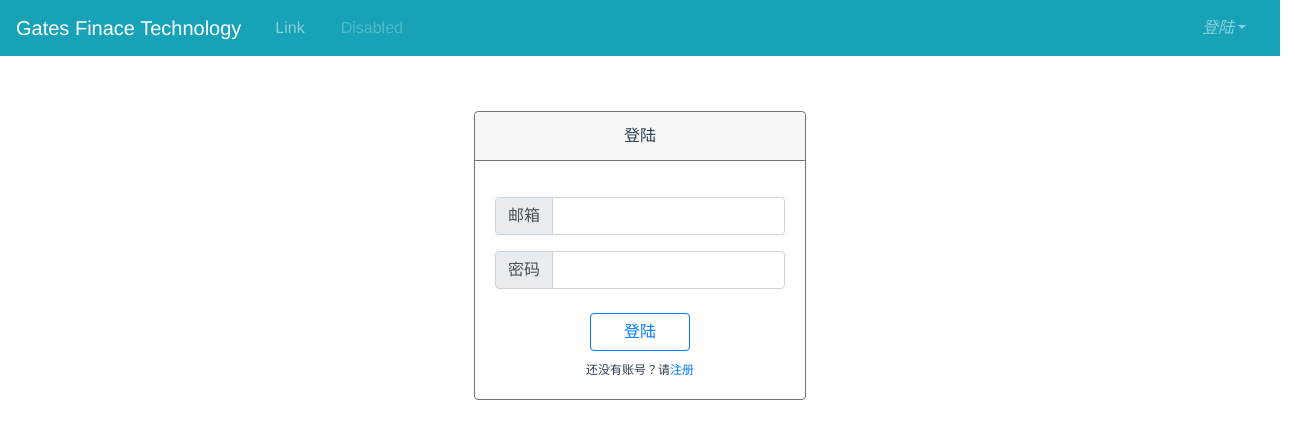
Repository: sqsssq/GatesFinace
Page: /login (app in webview/)
These files come from the project's save history. The page is drawn as it stood at one moment and after the next save; the edit follows.
The browser window is 1280 px wide. The page is 1295 px wide, then 1280 px, then 1295 px, so the pictures cover 1295 px, including what lies to the right of the window. The pictures show the whole page.
The project was rebuilt for these pictures with package versions that can differ from the ones it lists, and the page was loaded fresh each time. Also part of the build but not shown: webview/src/components/Global.vue, webview/src/components/HelloWorld.vue, webview/src/views/Home.vue, webview/src/components/gatesCarousel.vue, webview/src/views/main.vue.

Above is the page before, as saved 2020-11-03 18:22:31.

### webview/public/index.html
<!DOCTYPE html>
<html lang="en">
  <head>
    <meta charset="utf-8">
    <meta http-equiv="X-UA-Compatible" content="IE=edge">
    <meta name="viewport" content="width=device-width,initial-scale=1.0">
    <link rel="icon" href="<%= BASE_URL %>favicon.ico">
    <title><%= htmlWebpackPlugin.options.title %></title>
    <style>
      html, body{ margin:0; height:100%; }
    </style>
  </head>
  <body>
    <noscript>
      <strong>We're sorry but <%= htmlWebpackPlugin.options.title %> doesn't work properly without JavaScript enabled. Please enable it to continue.</strong>
    </noscript>
    <div id="app"></div>
    <!-- built files will be auto injected -->
  </body>
</html>

### webview/src/main.js
import Vue from 'vue'
import App from './App.vue'
import router from './router'
import store from './store'
import ElementUI from 'element-ui'
import 'element-ui/lib/theme-chalk/index.css'
import 'element-ui/lib/theme-chalk/base.css'
import { BootstrapVue, IconsPlugin } from 'bootstrap-vue'
import 'bootstrap/dist/css/bootstrap.css'
import 'bootstrap-vue/dist/bootstrap-vue.css'

Vue.config.productionTip = false
Vue.use(ElementUI);
Vue.use(BootstrapVue);
Vue.use(IconsPlugin);

new Vue({
  router,
  store,
  render: h => h(App)
}).$mount('#app')

### webview/src/App.vue
<template>
  <div id="app">
    <!-- <div id="nav">
      <router-link to="/">Home</router-link> |
      <router-link to="/about">About</router-link>
    </div> -->
    <router-view/>
  </div>
</template>

<style lang="stylus">
#app
  font-family Avenir, Helvetica, Arial, sans-serif
  -webkit-font-smoothing antialiased
  -moz-osx-font-smoothing grayscale
  text-align center
  color #2c3e50
  margin-top 0px
  height 100%
</style>

### webview/src/router/index.js
import Vue from 'vue'
import VueRouter from 'vue-router'
import Home from '../views/Home.vue'
import Main from '../views/main.vue'
import Login from '../views/login.vue'

Vue.use(VueRouter)

const routes = [
  {
    path: '/',
    name: 'Home',
    component: Home
  },
  {
    path: '/about',
    name: 'About',
    // route level code-splitting
    // this generates a separate chunk (about.[hash].js) for this route
    // which is lazy-loaded when the route is visited.
    component: () => import(/* webpackChunkName: "about" */ '../views/About.vue')
  },
  {
    path: '/main',
    name: 'Main',
    component: Main
  },
  {
    path: '/login',
    name: 'Login',
    component: Login
  }
]

const router = new VueRouter({
  mode: 'history',
  base: process.env.BASE_URL,
  routes
})

export default router

### webview/src/views/login.vue
<!--
 * @Author: your name
 * @Date: 2020-11-01 17:40:45
 * @LastEditTime: 2020-11-03 08:31:04
 * @LastEditors: Please set LastEditors
 * @Description: In User Settings Edit
 * @FilePath: \webview\src\views\main.vue
-->
<template>
  <div class="container-fiuled" style="height: 100%;">
    <!-- <img alt="Vue logo" src="../assets/logo.png"> -->
    <!-- <HelloWorld msg="Welcome to Your Vue.js App" style="height:100%"/> -->
    <gatesNavbar />
    <div class="row" style="margin-top: 5px;">
      <div class="col"  style="padding-left: 0px; padding-right: 0px;">
      </div>
      <gatesLogin style="margin-top: 50px;"/>
      <div class="col"  style="padding-left: 0px; padding-right: 0px;">
      </div>
    </div>
  </div>
</template>

<script>
// @ is an alias to /src
import HelloWorld from '@/components/HelloWorld.vue'
import gatesNavbar from '@/components/gatesNavbar.vue'
import gatesLogin from '@/components/gatesLogin.vue'

export default {
  name: 'Home',
  components: {
    gatesNavbar,
    gatesLogin
  }
}
</script>

### webview/src/components/gatesNavbar.vue
<!--
 * @Author: your name
 * @Date: 2020-10-31 09:19:12
 * @LastEditTime: 2020-11-03 08:32:14
 * @LastEditors: Please set LastEditors
 * @Description: In User Settings Edit
 * @FilePath: \webview\src\components\HelloWorld.vue
-->
<template>
  <div>
    <b-navbar
      toggleable="lg"
      type="dark"
      variant="info"
    >
      <b-navbar-brand href="/main">Gates Finace Technology</b-navbar-brand>

      <b-navbar-toggle target="nav-collapse"></b-navbar-toggle>

      <b-collapse
        id="nav-collapse"
        is-nav
      >
        <b-navbar-nav>
          <b-nav-item href="#">Link</b-nav-item>
          <b-nav-item
            href="#"
            disabled
          >Disabled</b-nav-item>
        </b-navbar-nav>

        <!-- Right aligned nav items -->
        <b-navbar-nav class="ml-auto">
          <!-- <b-nav-form style="padding-top: 2px">
            <b-form-input
              size="sm"
              class="mr-sm-2"
              placeholder="Search"
            ></b-form-input>
            <b-button
              size="sm"
              class="my-2 my-sm-0"
              type="submit"
            >Search</b-button>
          </b-nav-form> -->

          <!-- <b-nav-item-dropdown text="Lang" right>
          <b-dropdown-item href="#">EN</b-dropdown-item>
          <b-dropdown-item href="#">ES</b-dropdown-item>
          <b-dropdown-item href="#">RU</b-dropdown-item>
          <b-dropdown-item href="#">FA</b-dropdown-item>
        </b-nav-item-dropdown> -->

          <b-nav-item-dropdown right>
            <!-- Using 'button-content' slot -->
            <template #button-content>
              <em>{{username == '' ? '登陆' : username}}</em>
            </template>
            <b-dropdown-item href="/login">登陆</b-dropdown-item>
            <b-dropdown-item href="#">注册</b-dropdown-item>
            <b-dropdown-item href="#">登出</b-dropdown-item>
          </b-nav-item-dropdown>
        </b-navbar-nav>
      </b-collapse>
    </b-navbar>
  </div>
</template>

<script>
import axios from 'axios';
export default {
  name: 'gatesNavbar',
  // props: {
  //   msg: String
  // }
  data () {
    return {
      username: ''
    }
  },
  methods: {
  },
  created () {
    // console.log(2);
    // this.getmsg();
  },
  mounted () {

    // this.createLogo();
  }
}
</script>

<!-- Add "scoped" attribute to limit CSS to this component only -->
<style scoped lang="stylus">
h3 {
  letter-spacing: 3px;
  color: #fff;
  font-weight: 500;
  margin-bottom: 10px;
  margin-top: 10px;
  font-size: 15px;
}

h2 {
  margin-top: 10px;
  color: #fff;
  letter-spacing: 10px;
  // font-size: 40px
  font-size: 20px;
}

ul {
  list-style-type: none;
  padding: 0;
}

li {
  display: inline-block;
  margin: 0 10px;
}

a {
  color: #42b983;
}
</style>

### webview/src/components/gatesLogin.vue
<!--
 * @Author: your name
 * @Date: 2020-10-31 09:19:12
 * @LastEditTime: 2020-11-03 08:32:14
 * @LastEditors: Please set LastEditors
 * @Description: In User Settings Edit
 * @FilePath: \webview\src\components\HelloWorld.vue
-->
<template>
  <div>
    <b-card
      border-variant="secondary"
      header="登陆"
      header-border-variant="secondary"
      align="center"
    >
      <div>
        <!-- <b-card-text>Lorem ipsum dolor sit amet, consectetur adipiscing elit.</b-card-text> -->
        <b-input-group
          prepend="邮箱"
          class="mt-3"
        >
          <b-form-input v-model="loginData.username"></b-form-input>
        </b-input-group>
        <b-input-group
          prepend="密码"
          class="mt-3"
        >
          <b-form-input
            v-model="loginData.password"
            type="password"
          ></b-form-input>
        </b-input-group>
        <br>
        <b-button
          @click="login()"
          variant="outline-primary"
          style="width: 100px;"
        >登陆</b-button>
        <br>
        <b-card-text style="font-size: 12px; margin-top: 10px;">还没有账号？请<router-link to="#">注册</router-link>
        </b-card-text>
      </div>
    </b-card>

  </div>
</template>

<script>
import axios from 'axios';
import global from './Global.vue'
export default {
  name: 'gatesLogin',
  // props: {
  //   msg: String
  // }
  data () {
    return {
      loginData: {
        username: '',
        password: ''
      }
    }
  },
  methods: {
    login () {
      // console.log(this.loginData.username);
      // console.log(this.loginData.password);
      let _this = this;
      if (_this.loginData.username == '' || _this.loginData.password == '') {
        alert('账号或密码不能为空');
      } else {
        const path = global.urlPath + '/login'
        console.log(this.loginData);
        axios.post(path, this.loginData)
          .then((res) => {
            // console.log(res);
            if (res.data.status == true) {
              alert('登陆成功');
            } else {
              alert("登录失败")
            }
          })
      }
    }
  },
  created () {
    // console.log(2);
    // this.getmsg();
  },
  mounted () {

    // this.createLogo();
  }
}
</script>

<!-- Add "scoped" attribute to limit CSS to this component only -->
<style scoped lang="stylus">
#bkg {
  height: 100%;
  background-image: url('../assets/timg.jpg');
  background-repeat: no-repeat;
  background-size: 100% 100%;
  background-position: center center;
}
</style>

Loaded but not shown: webview/src/store/index.js (common file)

After the next save:
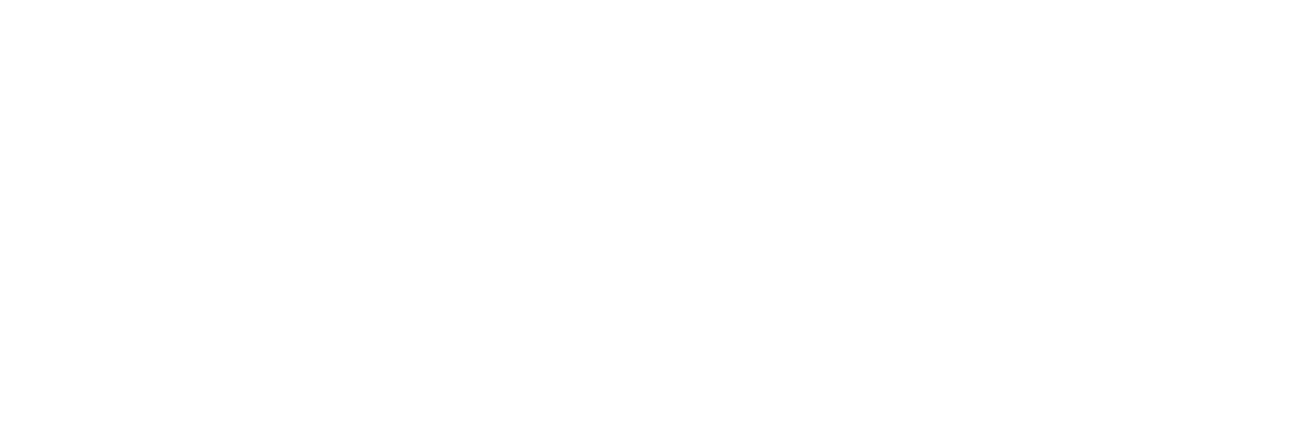
Saved 15 min 8 s later.
--- a/webview/src/router/index.js
+++ b/webview/src/router/index.js
@@ -38,4 +38,20 @@
   routes
 })
 
+// 导航守卫
+// 使用 router.beforeEach 注册一个全局前置守卫，判断用户是否登陆
+router.beforeEach((to, from, next) => {
+  if (to.path === '/') {
+    next();
+  } else {
+    //非跳转到登录界面时，判断本地存储userData是否为null或空，为空则跳回到登录界面，反之到相应的界面(此时有数据)。
+    let userData = JSON.parse(sessionStorage.getItem('userData'));
+    if (userData === null || userData === '') {
+      next('/login');
+    } else {
+      next();
+    }
+  }
+});
+
 export default router

After the save that followed:
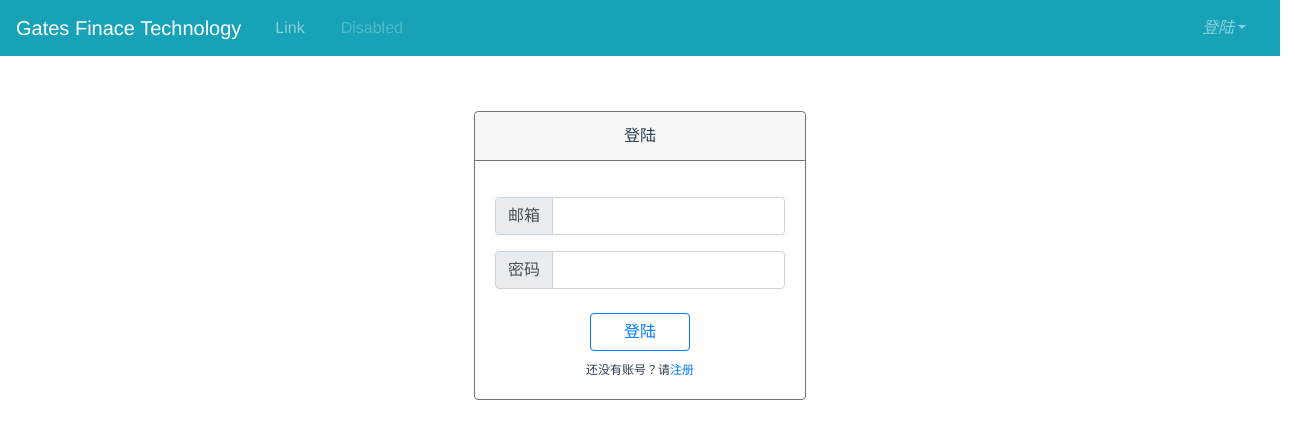
Saved 7 s later.
--- a/webview/src/router/index.js
+++ b/webview/src/router/index.js
@@ -41,7 +41,7 @@
 // 导航守卫
 // 使用 router.beforeEach 注册一个全局前置守卫，判断用户是否登陆
 router.beforeEach((to, from, next) => {
-  if (to.path === '/') {
+  if (to.path === '/login') {
     next();
   } else {
     //非跳转到登录界面时，判断本地存储userData是否为null或空，为空则跳回到登录界面，反之到相应的界面(此时有数据)。
